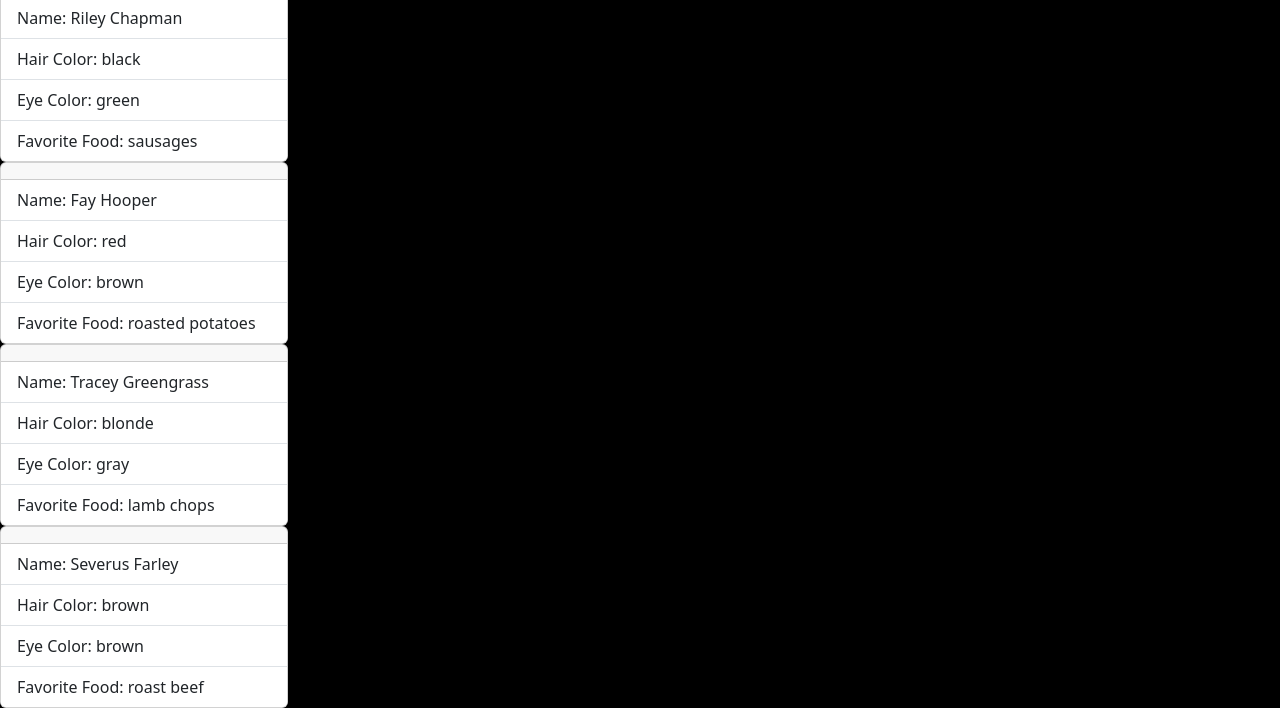
Repository: jontslater/INDIVIDUAL-PROJECT-sorting-hat
Page: index.html
These files come from the project's save history. The page is drawn as it stood at one moment and after the next save; the edit follows.
The browser window is 1280 px wide. The pictures show the part of the page from y = 541 to 1413 px (the page is 1249 px tall before and 1413 px after).
A picture or video elsewhere on the page could not be fetched, so the positions and the page height are approximate.

Above is the page before, as saved 2023-10-30 20:49:14.

After the next save:
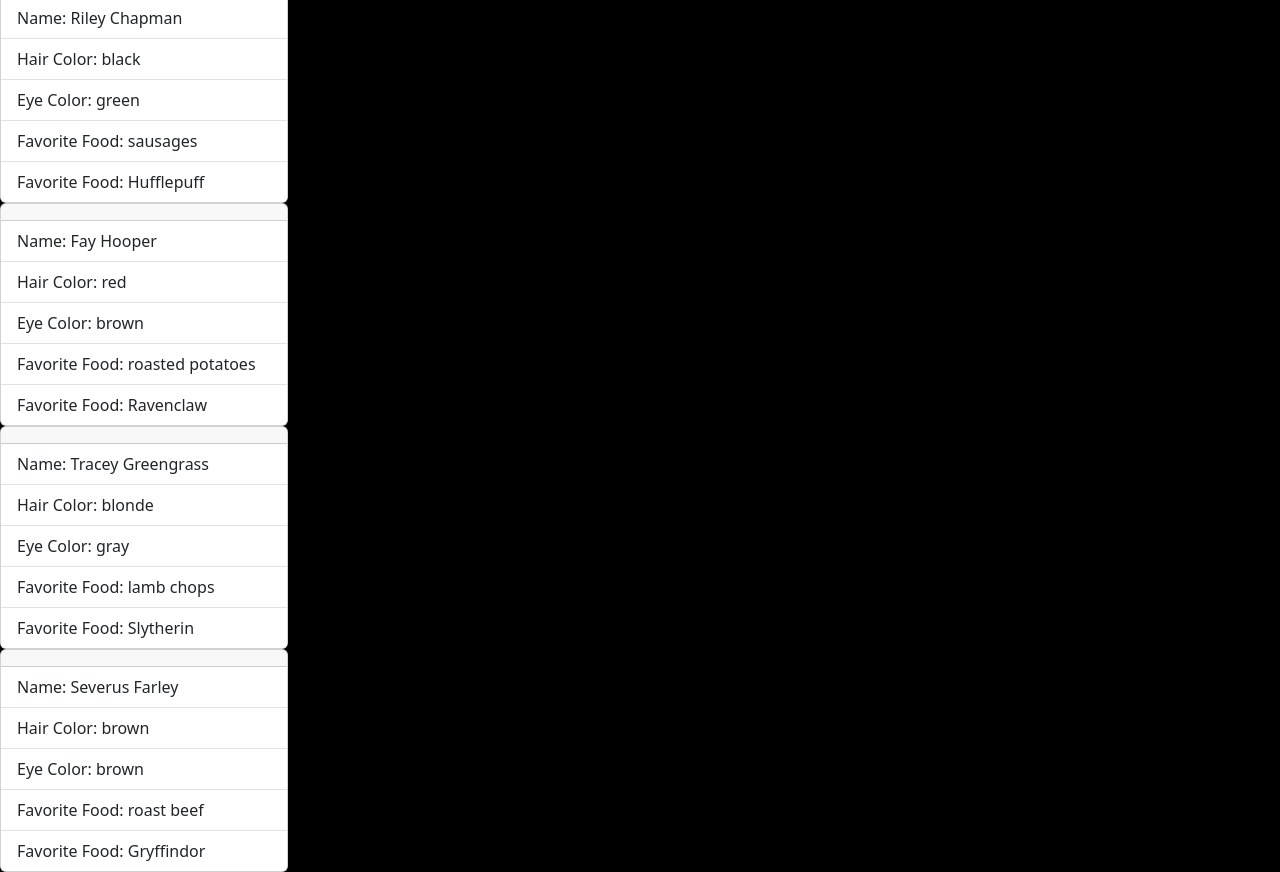
Saved 106 s later.
--- a/main.js
+++ b/main.js
@@ -54,6 +54,7 @@
       <li class="list-group-item">Hair Color: ${student.hairColor}
       <li class="list-group-item">Eye Color: ${student.eyeColor}
       <li class="list-group-item"> Favorite Food: ${student.favoriteFood}
+      <li class="list-group-item"> Favorite Food: ${student.house}
     </ul>
   </div>`
   }
@@ -85,6 +86,7 @@
     hairColor: document.querySelector("#hairColor").value,
     eyeColor: document.querySelector("#eyeColor").value,
     favoriteFood: document.querySelector("#favoriteFood").value,
+    house: document.querySelector("#houses").value,
   }
   students.push(newStudent);
   renderToDom(students);
